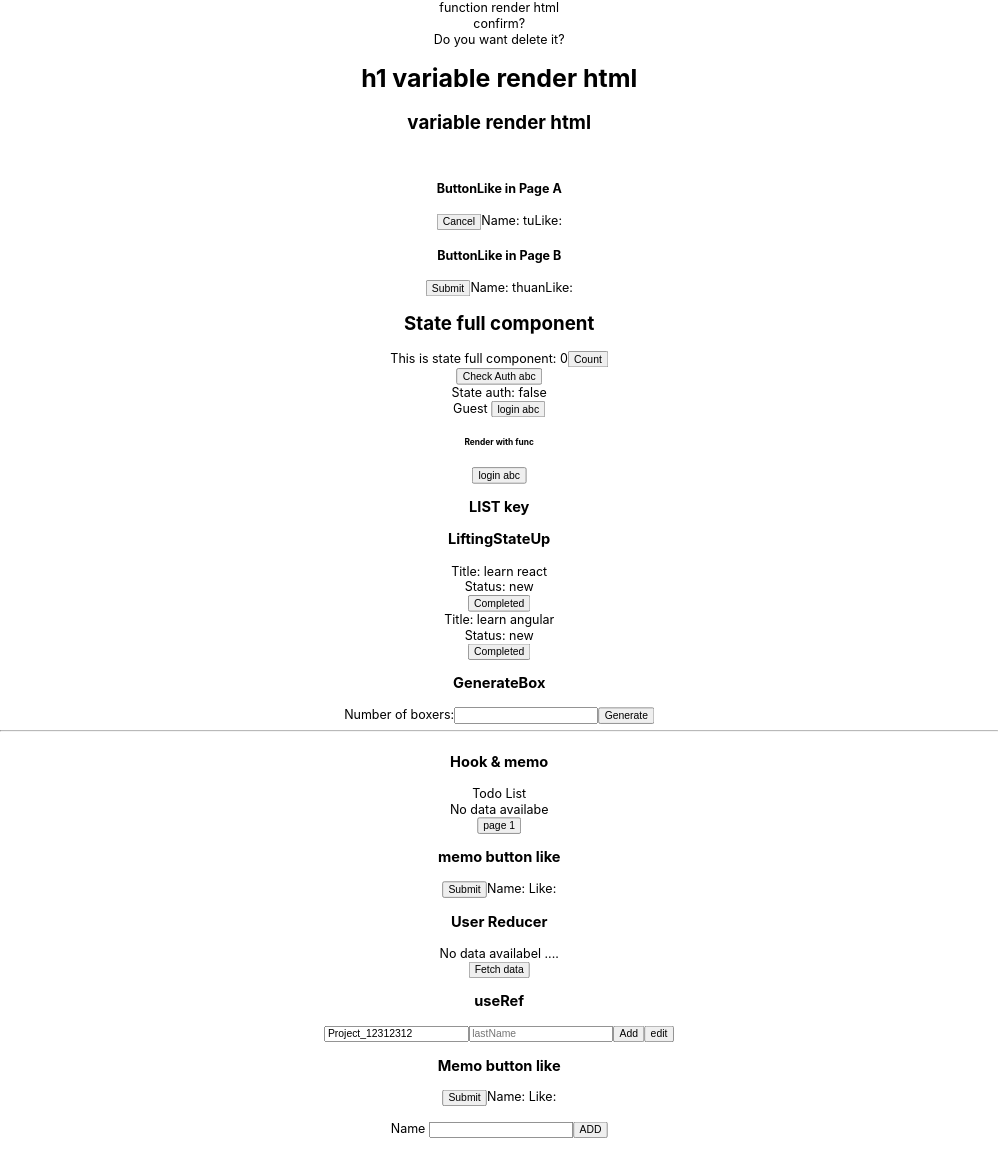
Repository: HoangTu18/reactjs-exercise
Page: /
The author's editor kept a copy of each file at every save. The page is drawn from the files as they stood at one save, then again after the next save.
The browser window is 1280 px wide. The pictures show the whole page, at 78% of full size.
The page's requests for data from a server got no answer. The project was rebuilt for these pictures with package versions that can differ from the ones it lists, and the page was loaded fresh each time. No one was signed in, and anything a server would have sent is missing. Also part of the build but not shown: src/pages/StateObject.jsx, src/components/GenerateBox/GenerateBoxItem.jsx.

Above is the page before, as saved 2022-06-15 15:16:38.

After the next save:
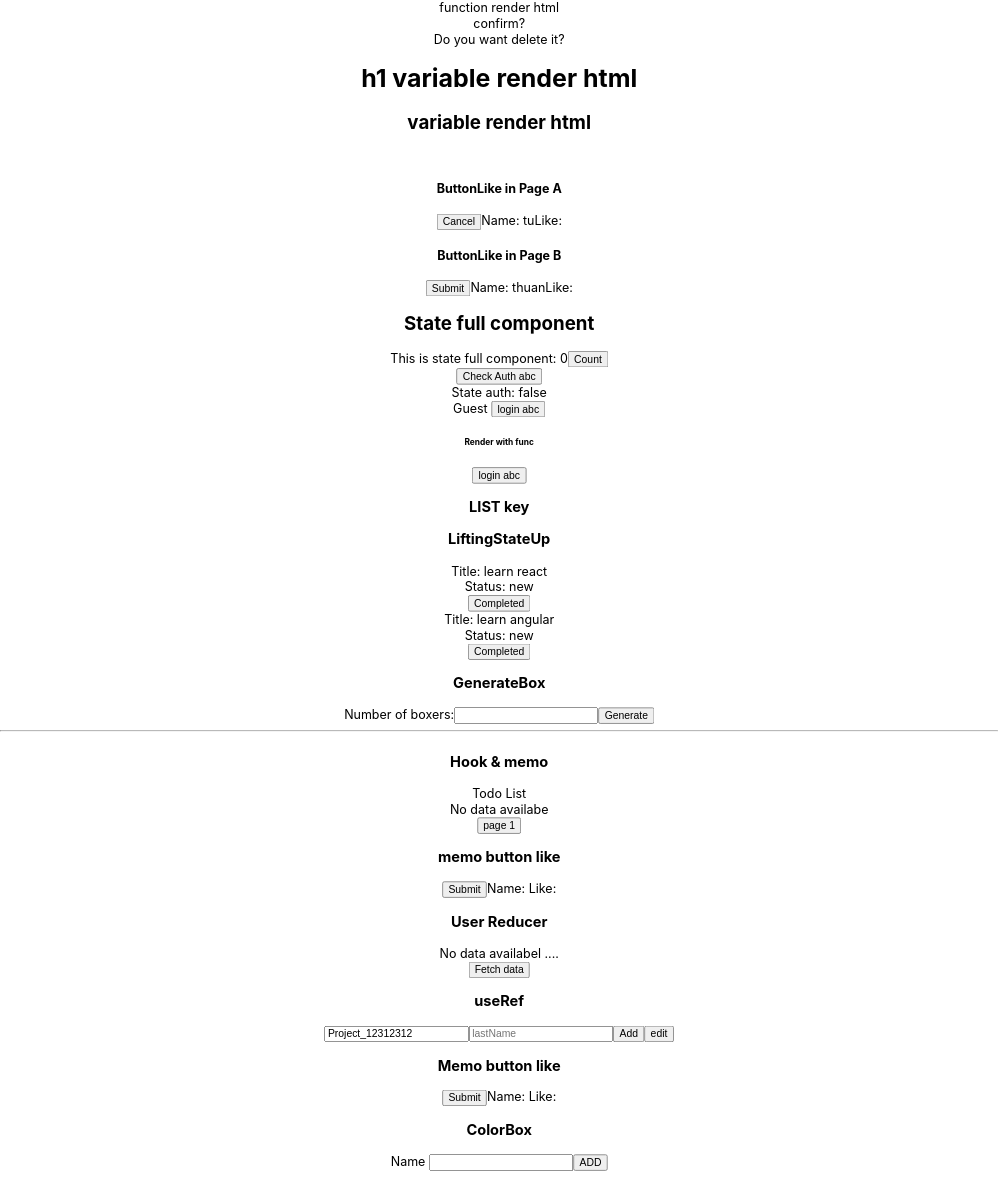
Saved 16 s later.
--- a/src/App.js
+++ b/src/App.js
@@ -61,6 +61,7 @@ function App() {
       <UseRef />
       <h3>Memo button like</h3>
       <ButtonLike />
+      <h3>ColorBox</h3>
       <h3 />
       <MoviesForm />
     </div>
